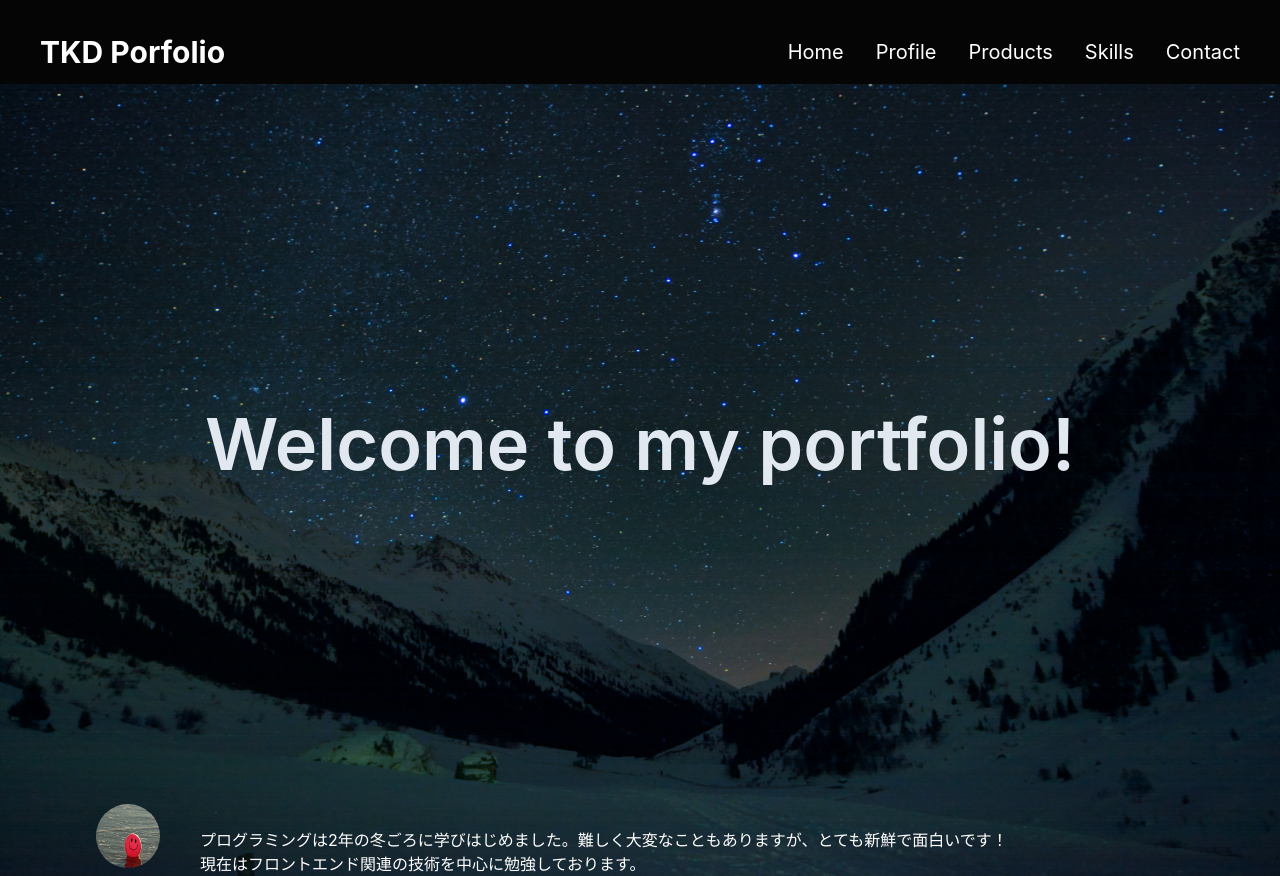
Repository: MitukiTakada/todo-aplication
Page: / (app in design/dev/react-tailwind/react-tailwind/)
An editor plug-in stored every save of this project. The page is shown before and after a run of saves, followed by the edit.
The browser window is 1280 px wide. The pictures show the whole page.
The project was rebuilt for these pictures with package versions that can differ from the ones it lists, and the page was loaded fresh each time. Also part of the build but not shown: design/dev/react-tailwind/react-tailwind/src/components/Contact.jsx, design/dev/react-tailwind/react-tailwind/src/components/Products.jsx, design/dev/react-tailwind/react-tailwind/src/components/Profile.jsx, design/dev/react-tailwind/react-tailwind/src/components/Skills.jsx.

Above is the page before, as saved 2022-11-19 14:56:11.

### design/dev/react-tailwind/react-tailwind/public/index.html
<!DOCTYPE html>
<html lang="en">
  <head>
    <meta charset="utf-8" />
    <link rel="icon" href="%PUBLIC_URL%/favicon.ico" />
    <meta name="viewport" content="width=device-width, initial-scale=1" />
    <meta name="theme-color" content="#000000" />
    <meta
      name="description"
      content="Web site created using create-react-app"
    />
    <link rel="apple-touch-icon" href="%PUBLIC_URL%/logo192.png" />
    <link rel ="stylesheet" href="https://cdnjs.cloudflare.com/ajax/libs/font-awesome/5.15.3/css/all.min.css">
    <!--
      manifest.json provides metadata used when your web app is installed on a
      user's mobile device or desktop. See https://developers.google.com/web/fundamentals/web-app-manifest/
    -->
    <link rel="manifest" href="%PUBLIC_URL%/manifest.json" />
    <!--
      Notice the use of %PUBLIC_URL% in the tags above.
      It will be replaced with the URL of the `public` folder during the build.
      Only files inside the `public` folder can be referenced from the HTML.

      Unlike "/favicon.ico" or "favicon.ico", "%PUBLIC_URL%/favicon.ico" will
      work correctly both with client-side routing and a non-root public URL.
      Learn how to configure a non-root public URL by running `npm run build`.
    -->
    <title>React App</title>
  </head>
  <body>
    <noscript>You need to enable JavaScript to run this app.</noscript>
    <div id="root"></div>
    <!--
      This HTML file is a template.
      If you open it directly in the browser, you will see an empty page.

      You can add webfonts, meta tags, or analytics to this file.
      The build step will place the bundled scripts into the <body> tag.

      To begin the development, run `npm start` or `yarn start`.
      To create a production bundle, use `npm run build` or `yarn build`.
    -->
  </body>
</html>

### design/dev/react-tailwind/react-tailwind/src/index.jsx
import React from 'react';
import ReactDOM from 'react-dom/client';
import './index.css';
import App from './App';
import reportWebVitals from './reportWebVitals';
import { BrowserRouter } from 'react-router-dom';
import { ChakraProvider } from '@chakra-ui/provider';

const root = ReactDOM.createRoot(document.getElementById('root'));
root.render(
  <React.StrictMode>
    <BrowserRouter>
        <ChakraProvider>
          <App />
        </ChakraProvider>
    </BrowserRouter>
  </React.StrictMode>
);

// If you want to start measuring performance in your app, pass a function
// to log results (for example: reportWebVitals(console.log))
// or send to an analytics endpoint. Learn more: https://bit.ly/CRA-vitals
reportWebVitals();

### design/dev/react-tailwind/react-tailwind/src/App.jsx
import { BrowserRouter, Routes, Route } from "react-router-dom";
import Contact from "./components/Contact";
import Header from "./components/Header";
import Home from "./components/Home";
import Products from "./components/Products";
import Profile from "./components/Profile";
import Skills from "./components/Skills";


function App() {
  return (
    <div className=" bg-body  text-white w-full sm:px-0 pt-5">
     <Header />
      <Routes>
        <Route path="/" element={<Home />}/>
        <Route path="/prfole" element={<Profile />}/>
        <Route path="products" element={<Products />}/>
        <Route path="/skills" element={<Skills />}/>
        <Route path="/contact" element={<Contact />}/>
      </Routes>
    </div>
  );
}

export default App;

### design/dev/react-tailwind/react-tailwind/src/components/Header.jsx
import React from 'react'
import { Link } from 'react-router-dom'
import "./output.css"
import Hamburger from './atoms/Hamburger'

const Header = () => {
  return (
    <header className="container flex justify-between  w-full items-center mr-0 relative h-16 px-10">
      <div>
        <h2 className="text-2xl font-bold md:text-3xl">TKD Porfolio</h2>
      </div>
      <nav className="flex space-x-8 text-xl ml-8 items-center hidden md:block">
        <Link to={"/"} className="link">Home</Link>
        <Link to={"/profile"} className="link">Profile</Link>
        <Link to={"/products"} className="link">Products</Link>
        <Link to={"/skills"} className="link">Skills</Link>
        <Link to={"/contact"} className="link">Contact</Link>
      </nav>
      <Hamburger className="md:hidden absolute right-3"/>
    </header>
  )
}

export default Header

### design/dev/react-tailwind/react-tailwind/src/components/Home.jsx
import React from 'react'
import mainImage from "../images/main-image.jpeg"
import "./Home.css";
import userImage from "../images/user.jpg"

const Home = () => {
  return (
    <div className="home ">
      <div className="items-center ">
        <h1 className=" font-semibold text-3xl 100v text-center text-slate-200 lg:text-7xl md:text-5xl">Welcome to my portfolio!</h1>
      </div>
      <div className="flex mx-auto px-24 space-x-10">
        <img src={userImage} alt="" className="h-16 w-16 rounded-full"/>
        <div>
          <p>

          </p>
          <br />
          <p>
          プログラミングは2年の冬ごろに学びはじめました。難しく大変なこともありますが、とても新鮮で面白いです！
          </p>
          <p>
          現在はフロントエンド関連の技術を中心に勉強しております。
          </p>
          </div>
      </div>
    </div>
  )
}

export default Home

### design/dev/react-tailwind/react-tailwind/src/components/output.css
.link {
  @apply hover:text-purple-400 transition-all duration-300;
}
.drawer-link {
  @apply hover:text-purple-400 transition-all duration-300 text-xl block text-center my-3;
}
.contact-btn {
  @apply bg-purple-500 font-bold text-xl px-3 py-2 rounded border-none hover:bg-purple-800 duration-300 transition-all mt-10
}
.secondary-title {
  @apply text-3xl font-bold;
}
.secondary-title::before {
  content: "";
  @apply block w-12 h-2 bg-purple-400 rounded-full mb-1;
}

.section-paragraph {
  @apply text-secondary my-6 w-full max-w-3xl
}

.badge {
  @apply px-4 py-2 text-sm rounded bg-badge block
}

.send-btn {
  @apply bg-teal-400 font-bold text-xl px-3 py-2 rounded border-none hover:bg-teal-600 duration-300 transition-all mt-10
}

### design/dev/react-tailwind/react-tailwind/src/components/atoms/Hamburger.jsx
import React from 'react'
import {
  Drawer,
  DrawerBody,
  DrawerOverlay,
  DrawerContent,
  DrawerCloseButton,
  useDisclosure,
  Button
} from '@chakra-ui/react'
import { Link } from 'react-router-dom';
import { HamburgerIcon } from '@chakra-ui/icons';

const Hamburger = () => {
  const { isOpen, onOpen, onClose } = useDisclosure()
  return (
    <div className="md:hidden">
        <HamburgerIcon h={30} w={30} className="hover:text-purple-400 duration-300 transition-all cursor-pointer"
        onClick={onOpen}
        />
        <Drawer isOpen={isOpen} onClose={onClose} placement="left" size="xs">
          <DrawerOverlay>
            <DrawerContent>
              <DrawerBody className="w-2/5 bg-slate-200 h-full p-12">
                <div className="z-20 space-y-5 text-xl">
                  <Link to={"/"} className="link drawer-link">Home</Link>
                  <Link to={"/profile"} className="link drawer-link">Profile</Link>
                  <Link to={"/products"} className="link drawer-link">Products</Link>
                  <Link to={"/skills"} className="link drawer-link">Skills</Link>
                  <Link to={"/contact"} className="link drawer-link">Contact</Link>
                  <DrawerCloseButton className="text-white text-md  p-2 rounded mt-15 mx-auto bg-red-400 transition-all duration-300 hover:bg-red-700 ">閉じる</DrawerCloseButton>
                </div>
              </DrawerBody>
            </DrawerContent>
          </DrawerOverlay>
        </Drawer>
      </div>
  )
}

export default Hamburger

### design/dev/react-tailwind/react-tailwind/src/components/Home.css
.home {
  background-image: url(../images/mountain.jpeg);
  background-position: center;
  background-size: cover;
  height: 100%;
  width: 100%;
}

.home h1 {
  line-height: 100vh;
  align-items: center;
}

### design/dev/react-tailwind/react-tailwind/tailwind.config.js
/** @type {import('tailwindcss').Config} */
module.exports = {
  content: [
    "./src/**/*.{js,jsx,ts,tsx}",
  ],
  theme: {
    extend: {

      colors: {
        body: "#050505",
        secondary: "#9191A4",
        badge: "#3F3F51"
      },
      lineHeight: {
        "100v": "100vh"
      }
    },
  },
  plugins: [],
}

Loaded but not shown: design/dev/react-tailwind/react-tailwind/src/index.css (common file); design/dev/react-tailwind/react-tailwind/src/reportWebVitals.js (common file)

After the next 2 saves:
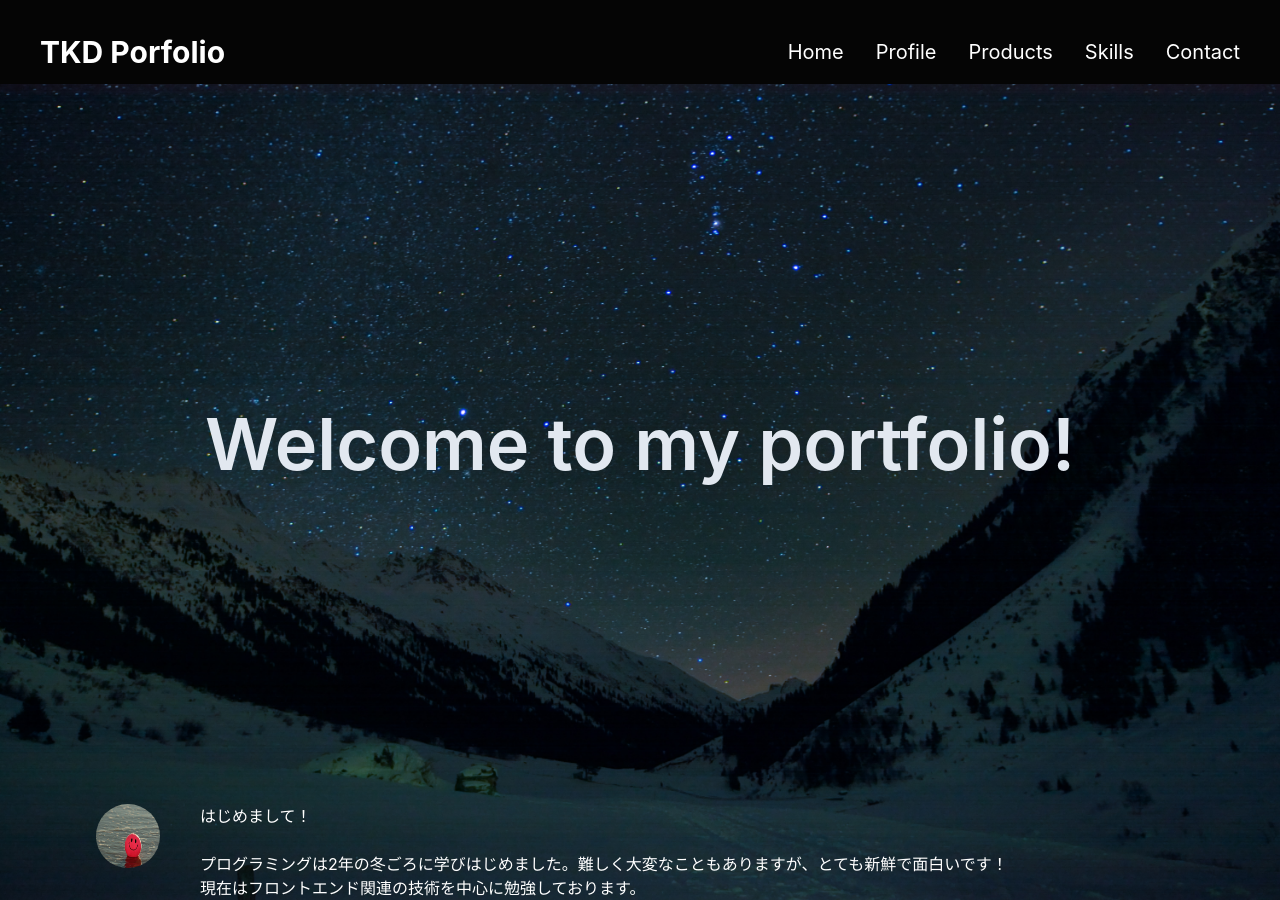
The 2 saves are shown as one change because they came seconds apart.
The last was saved 17 s later.
--- a/design/dev/react-tailwind/react-tailwind/src/components/Home.jsx
+++ b/design/dev/react-tailwind/react-tailwind/src/components/Home.jsx
@@ -13,7 +13,7 @@ const Home = () => {
         <img src={userImage} alt="" className="h-16 w-16 rounded-full"/>
         <div>
           <p>
-
+            はじめまして！
           </p>
           <br />
           <p>
